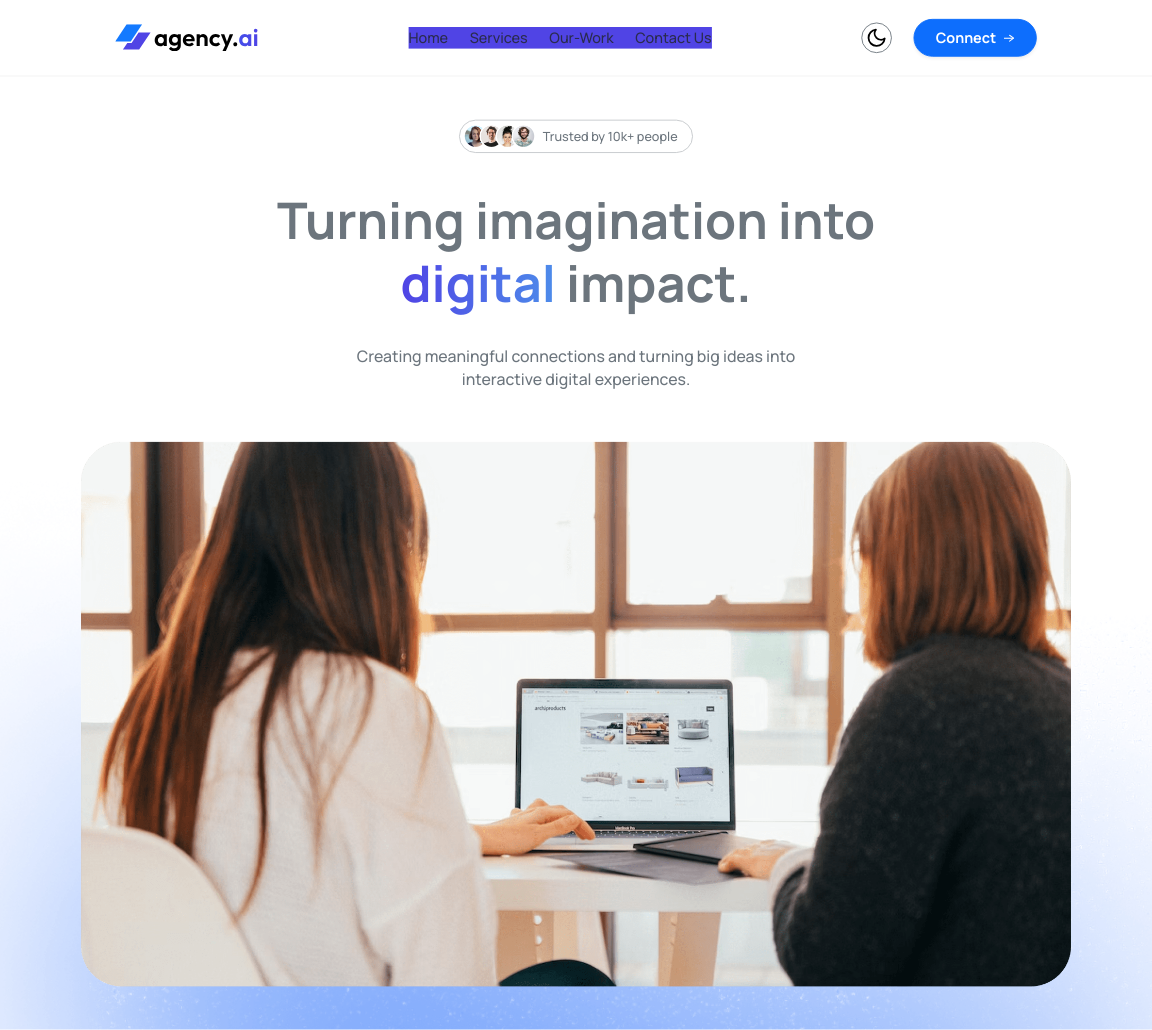
Repository: RAMADAN975/modern-agency-portfolio
Page: /
The author's editor kept a copy of each file at every save. The page is drawn from the files as they stood at one save, then again after the next save.
The browser window is 1280 px wide. The pictures show the whole page, at 90% of full size.
The project was rebuilt for these pictures with package versions that can differ from the ones it lists, and the page was loaded fresh each time. Also part of the build but not shown: vite.config.js.

Above is the page before, as saved 2026-03-23 21:33:19.

After the next save:
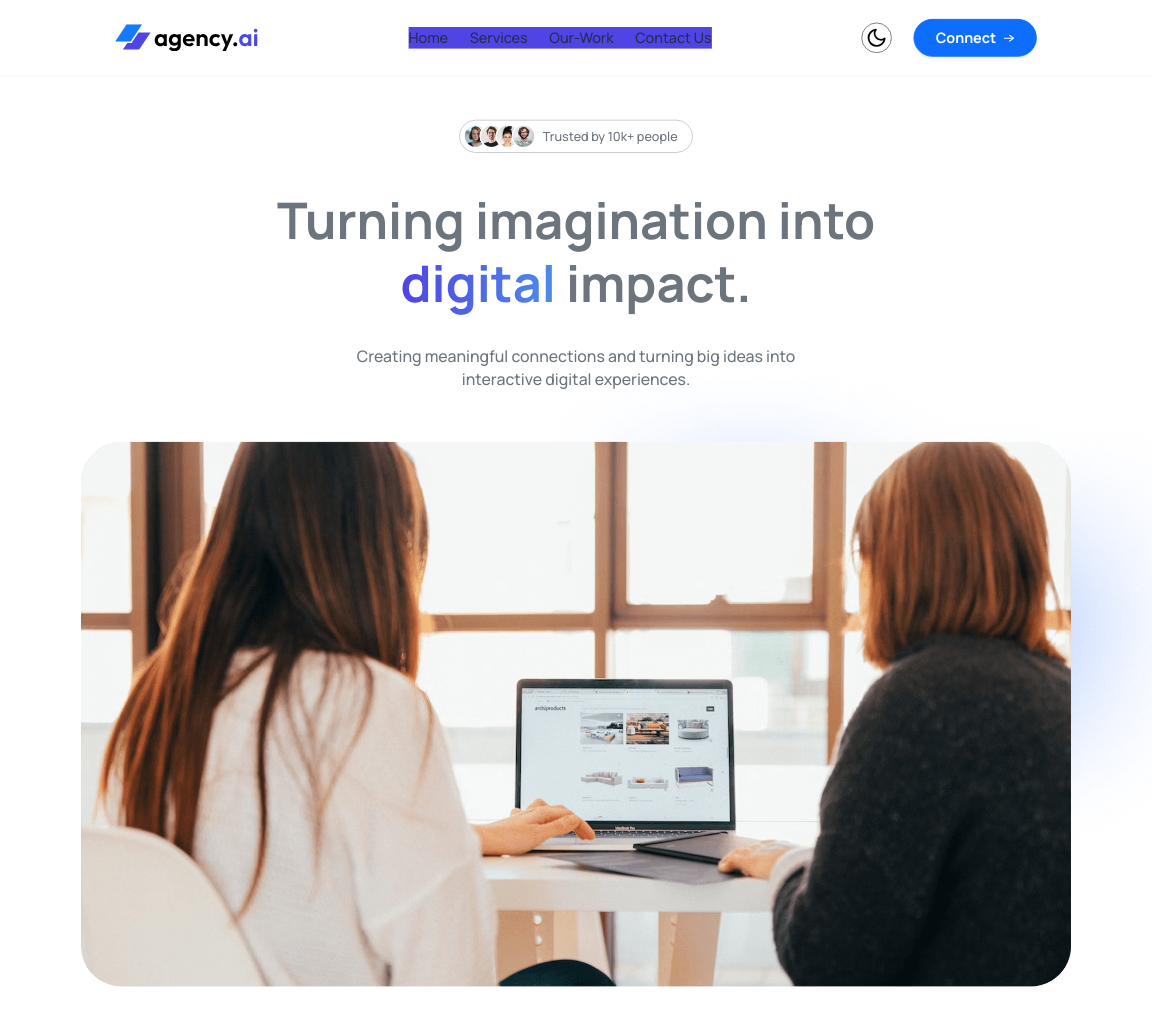
Saved 26 s later.
--- a/src/index.css
+++ b/src/index.css
@@ -104,3 +104,19 @@
   display: inline-block;
   /* لضمان عمل التدرج بشكل صحيح */
 }
+
+/* عندما يكون السمة dark، أي عنصر يحمل هذا الكلاس سيختفي */
+[data-bs-theme="dark"] .d-dark-none {
+  display: none !important;
+}
+
+/* تنسيق الصورة الزرقاء في الوضع الفاتح فقط */
+.hero-bg-decor {
+  position: absolute;
+  top: -100px;
+  right: -100px;
+  z-index: -1;
+  width: 800px;
+  opacity: 0.7;
+  pointer-events: none;
+}
